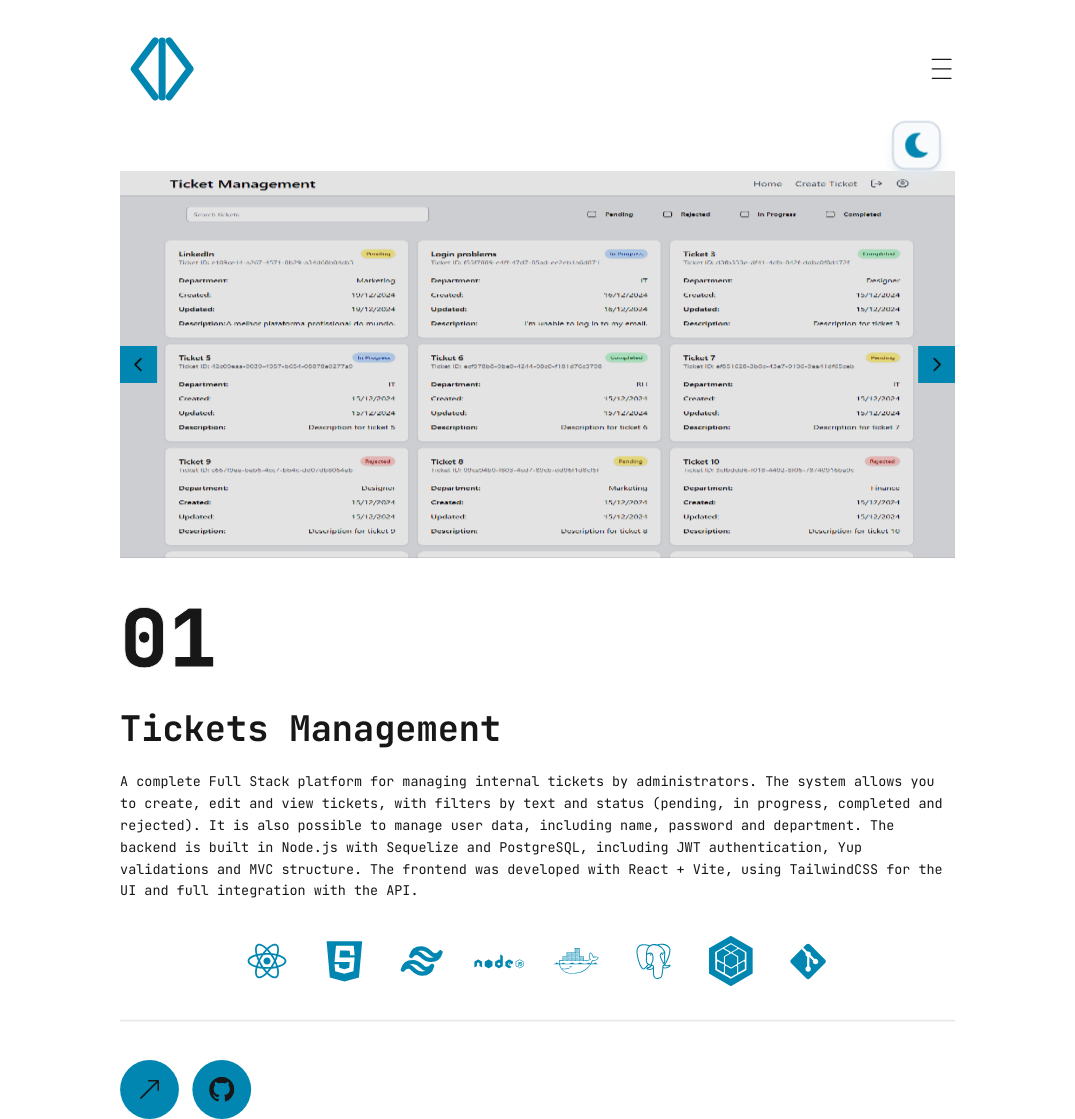
Repository: sergioscker/sergio-portfolio
Page: /work
An editor plug-in stored every save of this project. The page is shown before and after a run of saves, followed by the edit.
The browser window is 1280 px wide. The pictures show the whole page, at 84% of full size.
The project was rebuilt for these pictures with package versions that can differ from the ones it lists, and the page was loaded fresh each time. The framework's server and built-in components were replaced by stand-ins that run in the browser. Also part of the build but not shown: next.config.mjs.

Above is the page before, as saved 2025-05-19 19:41:12.

After the next 2 saves:
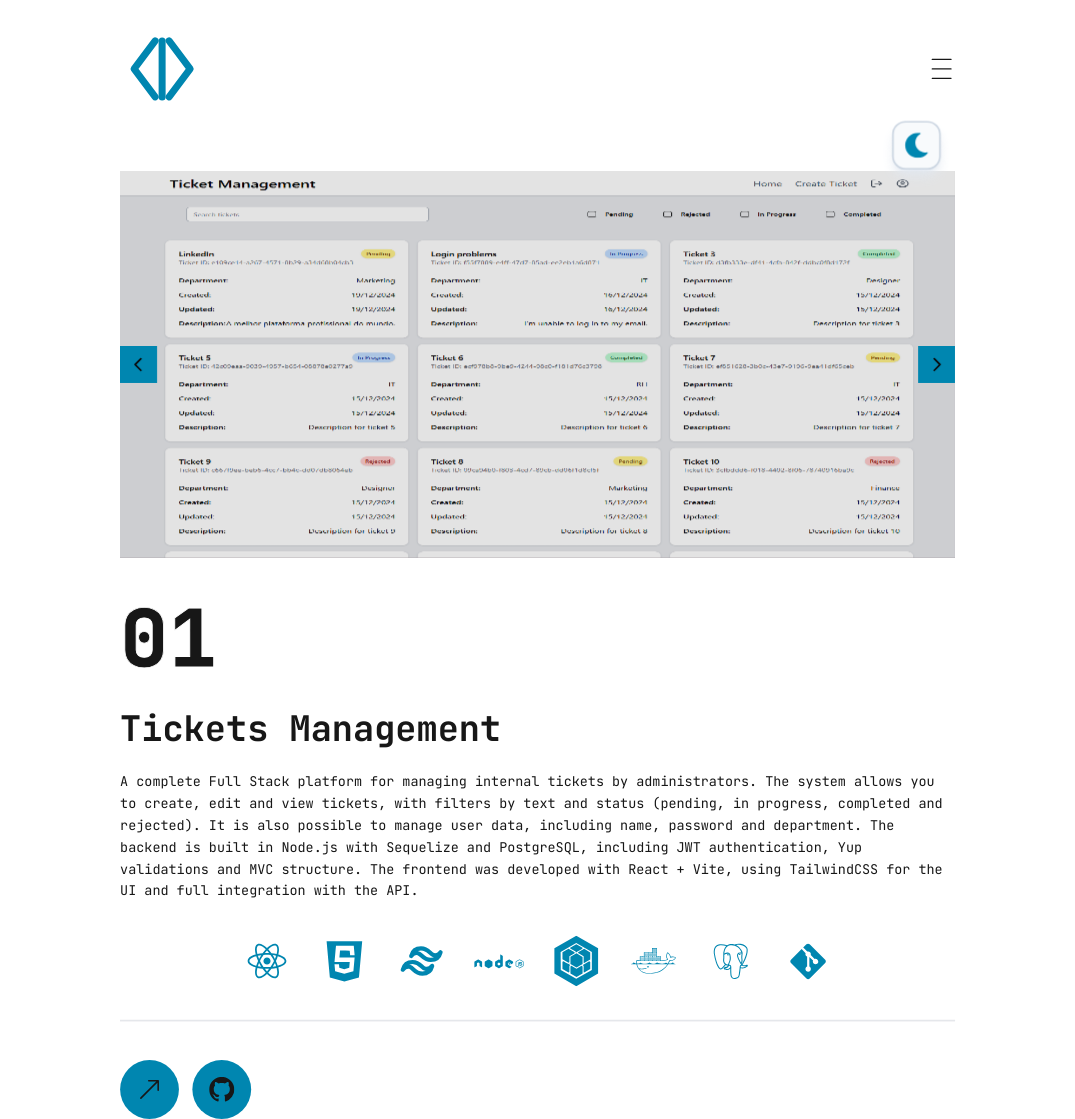
The 2 saves are shown as one change because they came seconds apart.
The last was saved 59 s later.
--- a/app/work/page.jsx
+++ b/app/work/page.jsx
@@ -73,9 +73,9 @@ const projects = [
       { icon: <DiJavascript size={60} />, name: 'javascript' },
       { icon: <TbBrandTailwind size={60} />, name: 'tailwindcss' },
       { icon: <DiNodejs size={60} />, name: 'nodeJS' },
+      { icon: <SiSequelize size={60} />, name: 'ORM sequelize' },
       { icon: <DiDocker size={60} />, name: 'docker' },
       { icon: <DiPostgresql size={60} />, name: 'postgreSQL' },
-      { icon: <SiSequelize size={60} />, name: 'ORM sequelize' },
       { icon: <DiGit size={60} />, name: 'git' },
     ],
   },
